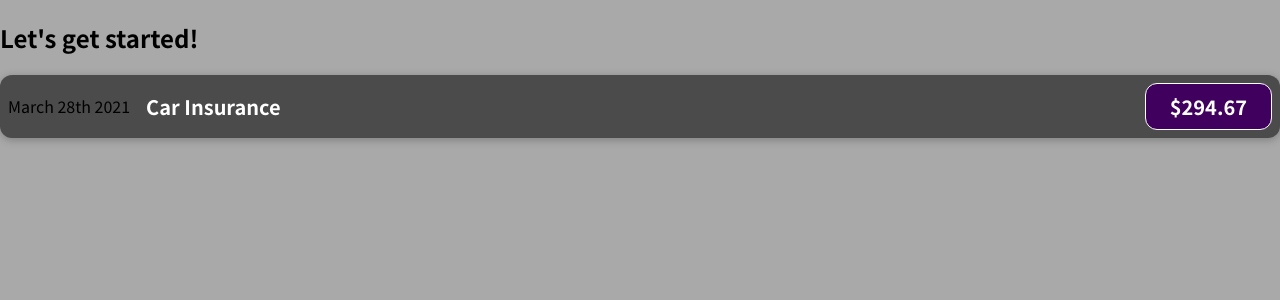
Repository: otvertka/MSC
Page: /
An editor plug-in stored every save of this project. The page is shown before and after the next save, followed by the edit.
The browser window is 1280 px wide. The pictures show the whole page.
The project was rebuilt for these pictures with package versions that can differ from the ones it lists, and the page was loaded fresh each time.

Above is the page before, as saved 2023-06-17 12:33:32.

### src/index.css
@import url("https://fonts.googleapis.com/css2?family=Noto+Sans+JP:wght@400;700&display=swap");

* {
  box-sizing: border-box;
}

html {
  font-family: "Noto Sans JP", sans-serif;
}

body {
  margin: 0;
  background-color: #aaa9a9;
}

### src/components/ExpenseItem.js
import "./ExpenseItem.css";

function ExpenseItem() {
  return (
    //
    <div className="expense-item">
      <div>March 28th 2021</div>
      <div className="expense-item__description">
        <h2>Car Insurance</h2>
        <div className="expense-item__price">$294.67</div>
      </div>
    </div>
  );
}

export default ExpenseItem;

### src/components/ExpenseItem.css
.expense-item {
  display: flex;
  justify-content: space-between;
  align-items: center;
  box-shadow: 0 2px 8px rgba(0, 0, 0, 0.25);
  padding: 0.5rem;
  margin: 1rem 0;
  border-radius: 12px;
  background-color: #4b4b4b;
}

.expense-item__description {
  display: flex;
  flex-direction: column;
  gap: 1rem;
  align-items: flex-end;
  flex-flow: column-reverse;
  justify-content: flex-start;
  flex: 1;
}

.expense-item h2 {
  color: #3a3a3a;
  font-size: 1rem;
  flex: 1;
  margin: 0 1rem;
  color: white;
}

.expense-item__price {
  font-size: 1rem;
  font-weight: bold;
  color: white;
  background-color: #40005d;
  border: 1px solid white;
  padding: 0.5rem;
  border-radius: 12px;
}

@media (min-width: 580px) {
  .expense-item__description {
    flex-direction: row;
    align-items: center;
    justify-content: flex-start;
    flex: 1;
  }

  .expense-item__description h2 {
    font-size: 1.25rem;
  }

  .expense-item__price {
    font-size: 1.25rem;
    padding: 0.5rem 1.5rem;
  }
}

Loaded but not shown: public/index.html (common file); src/index.js (common file); src/App.js (common file)

After the next save:
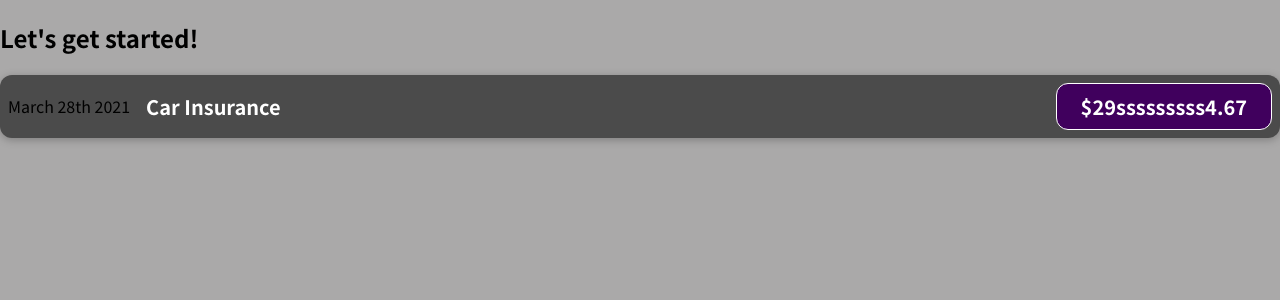
Saved 3 min 9 s later.
--- a/src/components/ExpenseItem.js
+++ b/src/components/ExpenseItem.js
@@ -7,7 +7,7 @@
       <div>March 28th 2021</div>
       <div className="expense-item__description">
         <h2>Car Insurance</h2>
-        <div className="expense-item__price">$294.67</div>
+        <div className="expense-item__price">$29sssssssss4.67</div>
       </div>
     </div>
   );

After the save that followed:
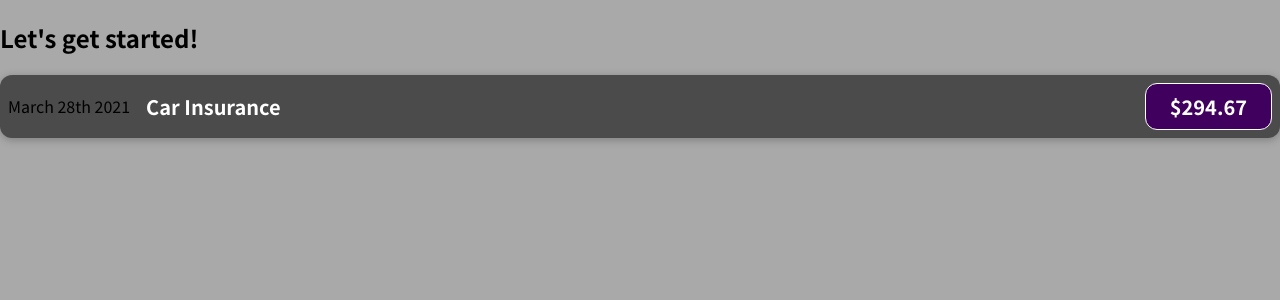
Saved 4 s later.
--- a/src/components/ExpenseItem.js
+++ b/src/components/ExpenseItem.js
@@ -7,7 +7,7 @@
       <div>March 28th 2021</div>
       <div className="expense-item__description">
         <h2>Car Insurance</h2>
-        <div className="expense-item__price">$29sssssssss4.67</div>
+        <div className="expense-item__price">$294.67</div>
       </div>
     </div>
   );
